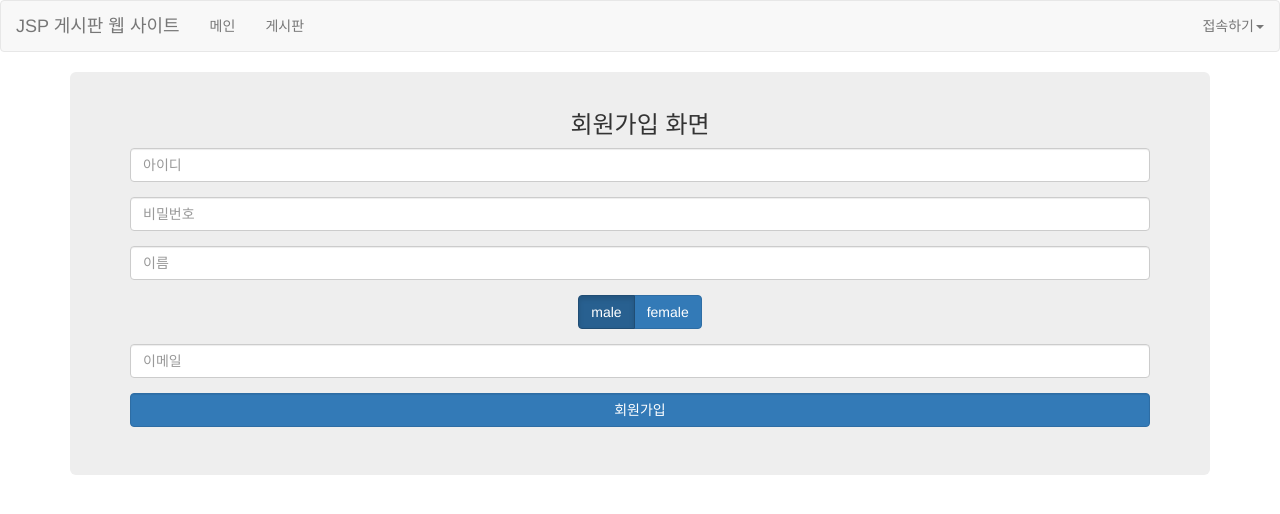
Repository: seung-kook/JSPBBS
Page: http://localhost/BBS/join.jsp
An editor plug-in stored every save of this project. The page is shown before and after the next save, followed by the edit.
The browser window is 1280 px wide. The pictures show the whole page.
Some web libraries are served in a nearby version. The page is served by Tomcat 9. Other server files are loaded and not shown.

Above is the page before, as saved 2022-02-01 04:01:15.

### BBS/src/main/webapp/join.jsp
<%@ page language="java" contentType="text/html; charset=UTF-8"
    pageEncoding="UTF-8"%>
<!DOCTYPE html>
<html>
<head>
<meta charset="UTF-8">
<meta name="viewport" content="width=device-width, initial-scale=1">
<link rel="stylesheet" href="css/bootstrap.css">
<title>JSP 게시판 웹 사이트</title>
</head>
<body>
	<nav class="navbar navbar-default">
		<div class="navbar-header">
			<button type="button" class="navbar-toggle collapsed"
				data-toggle="collapse" data-target="#bs-example-navbar-collapse-1"
				aria-expanded="false">
				<span class="icon-bar"></span>
				<span class="icon-bar"></span>
				<span class="icon-bar"></span>
			</button>
			<a class="navbar-brand" href="main.jsp">JSP 게시판 웹 사이트</a>
		</div>
		<div class="collapse navbar-collapse" id="bs-example-navbar-collapse-1">
			<ul class="nav navbar-nav">
				<li><a href="main.jsp">메인</a></li>
				<li><a href="bbs.jsp">게시판</a></li>
			</ul>
			<ul class="nav navbar-nav navbar-right">
				<li class="dropdown">
					<a href="#" class="dropdown-toggle"
						data-toggle="dropdown" role="button" aria-haspopup="true"
						aria-expanded="false">접속하기<span class="caret"></span></a>
					<ul class="dropdown-menu">
						<li><a href="login.jsp">로그인</a></li>
						<li class="active"><a href="join.jsp">회원가입</a></li>
					</ul>
				</li>
			</ul>
		</div>
	</nav>
	<div class="container">
		<div class="col-lg-4"></div>
		<div class="col-lg-4"></div>
			<div class="jumbotron" style="padding-top: 20px">
				<form method="post" action="joinAction.jsp">
					<h3 style="text-align: center;">회원가입 화면</h3>
					<div class="form-group">
						<input type="text" class="form-control" placeholder="아이디" name="userID" maxlength="20">
					</div>
					<div class="form-group">
						<input type="password" class="form-control" placeholder="비밀번호" name="userPassword" maxlength="20">
					</div>
					<div class="form-group">
						<input type="text" class="form-control" placeholder="이름" name="userName" maxlength="20">
					</div>
					<div class="form-group" style="text-align: center;">
						<div class="btn-group" data-toggle="buttons">
							<label class="btn btn-primary active">
								<input type="radio" name="userGender" autocomplete="off" value="male" checked>male
							</label>
							<label class="btn btn-primary">
								<input type="radio" name="userGender" autocomplete="off" value="female" checked>female
							</label>
						</div>
					</div>
					<div class="form-group">
						<input type="email" class="form-control" placeholder="이메일" name="userEmail" maxlength="20">
					</div>
					<input type="submit" class="btn btn-primary form-control" value="회원가입">
				</form>
			</div>
		<div class="col-lg-4"></div>
	</div>
	<script src="https://code.jquery.com/jquery-3.1.1.min.js"></script>
	<script src="js/bootstrap.js"></script>
</body>
</html>

Loaded but not shown: BBS/src/main/webapp/css/bootstrap.css (library); BBS/src/main/webapp/js/bootstrap.js (library)

After the next save:
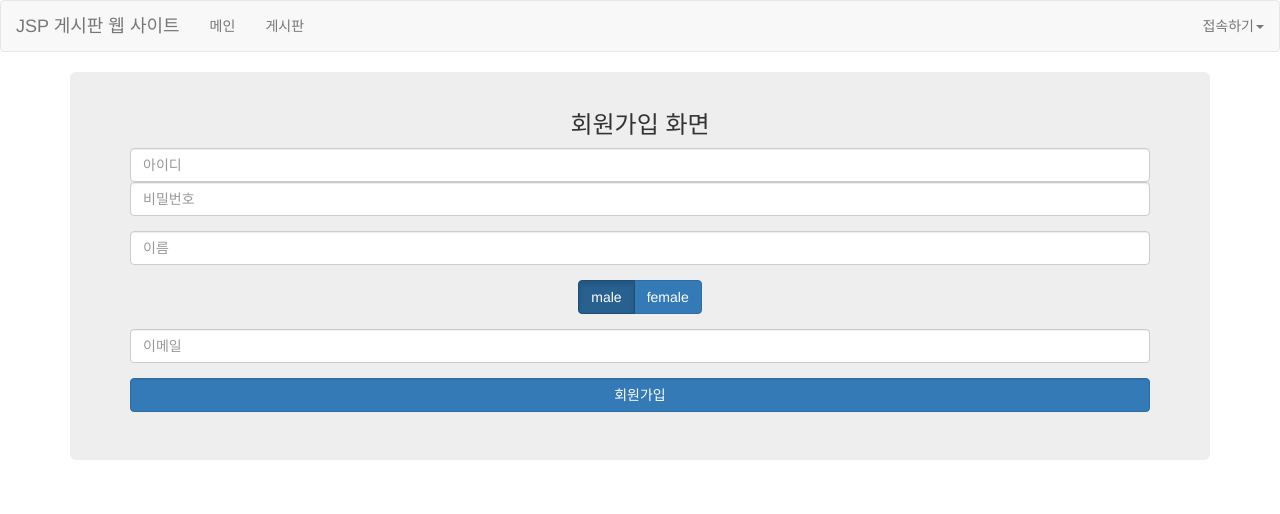
Saved 37 s later.
--- a/BBS/src/main/webapp/join.jsp
+++ b/BBS/src/main/webapp/join.jsp
@@ -44,7 +44,7 @@
 			<div class="jumbotron" style="padding-top: 20px">
 				<form method="post" action="joinAction.jsp">
 					<h3 style="text-align: center;">회원가입 화면</h3>
-					<div class="form-group">
+					<div>
 						<input type="text" class="form-control" placeholder="아이디" name="userID" maxlength="20">
 					</div>
 					<div class="form-group">

After the save that followed:
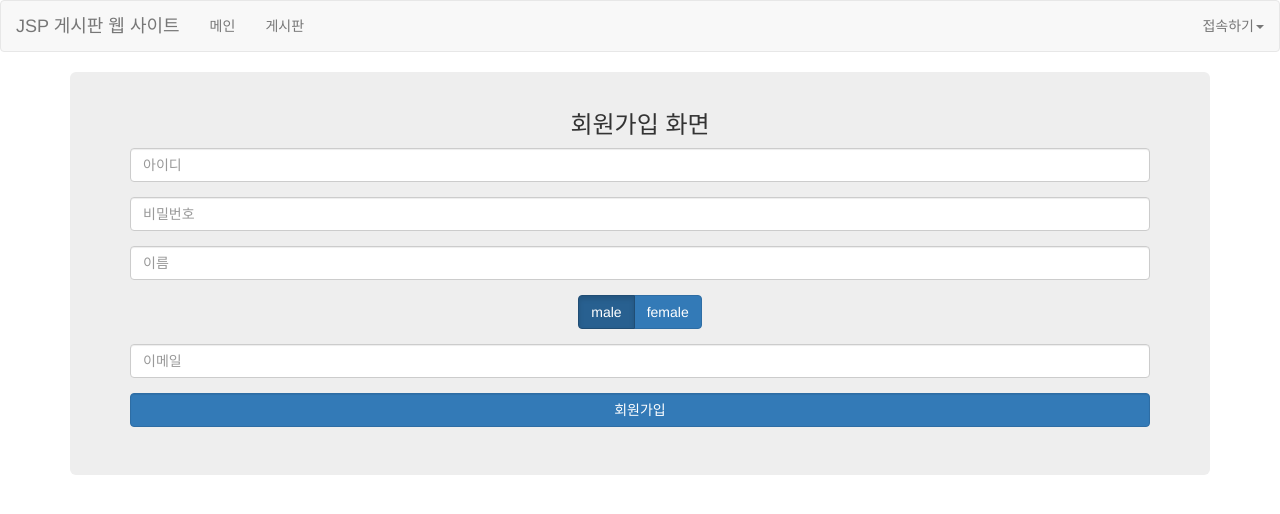
Saved 100 s later.
--- a/BBS/src/main/webapp/join.jsp
+++ b/BBS/src/main/webapp/join.jsp
@@ -44,7 +44,7 @@
 			<div class="jumbotron" style="padding-top: 20px">
 				<form method="post" action="joinAction.jsp">
 					<h3 style="text-align: center;">회원가입 화면</h3>
-					<div>
+					<div class="form-group">
 						<input type="text" class="form-control" placeholder="아이디" name="userID" maxlength="20">
 					</div>
 					<div class="form-group">
